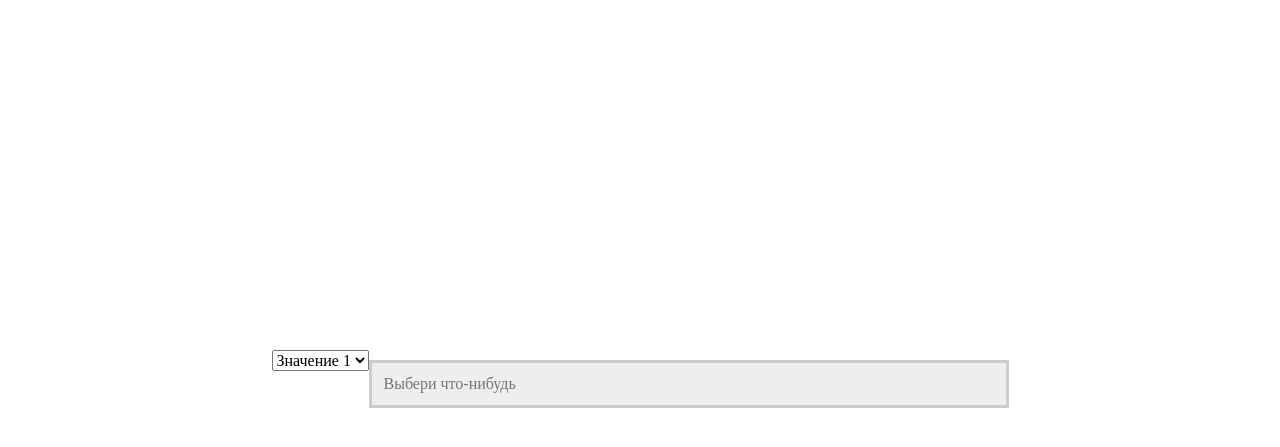
Repository: spihex/stage2-custom-dropdown
Page: index.html
An editor plug-in stored every save of this project. The page is shown before and after the next save, followed by the edit.
The browser window is 1280 px wide. The pictures show the whole page.

Above is the page before, as saved 2021-02-08 12:51:41.

### index.html
<!DOCTYPE html>
<html lang="ru">

    <head>
        <meta charset="UTF-8">
        <meta name="viewport" content="width=device-width, initial-scale=1.0">
        <title>stage 2 custom dropdown with filter</title>
        <link rel="stylesheet" href="./css/normalize.min.css">
        <link rel="stylesheet" href="./css/main.css">
    </head>

    <body>
        <select name="select" class="">
            <option value="value1">Значение 1</option>
            <option value="value2">Значение 2</option>
            <option value="value3">Значение 3</option>
        </select>
        <div class="dropdown">


            <input class="dropdown__input" type="text" value="" placeholder="Выбери что-нибудь">

            <ul class="dropdown__list">
                <li class="dropdown__item">Massachusetts</li>
                <li class="dropdown__item">Michigan</li>
                <li class="dropdown__item">New Hampshire</li>
                <li class="dropdown__item">New Jersey</li>
                <li class="dropdown__item">Wisconsin</li>
                <li class="dropdown__item">Wyoming</li>
            </ul>
        </div>

        <script src="./js/main.js"></script>
    </body>

</html>

### css/normalize.min.css
/*! normalize.css v8.0.1 */html{line-height:1.15;-webkit-text-size-adjust:100%}body{margin:0}main{display:block}h1{font-size:2em;margin:.67em 0}hr{box-sizing:content-box;height:0;overflow:visible}pre{font-family:monospace,monospace;font-size:1em}a{background-color:transparent}abbr[title]{border-bottom:none;text-decoration:underline;-webkit-text-decoration:underline dotted;text-decoration:underline dotted}b,strong{font-weight:bolder}code,kbd,samp{font-family:monospace,monospace;font-size:1em}small{font-size:80%}sub,sup{font-size:75%;line-height:0;position:relative;vertical-align:baseline}sub{bottom:-.25em}sup{top:-.5em}img{border-style:none}button,input,optgroup,select,textarea{font-family:inherit;font-size:100%;line-height:1.15;margin:0}button,input{overflow:visible}button,select{text-transform:none}[type=button],[type=reset],[type=submit],button{-webkit-appearance:button}[type=button]::-moz-focus-inner,[type=reset]::-moz-focus-inner,[type=submit]::-moz-focus-inner,button::-moz-focus-inner{border-style:none;padding:0}[type=button]:-moz-focusring,[type=reset]:-moz-focusring,[type=submit]:-moz-focusring,button:-moz-focusring{outline:1px dotted ButtonText}fieldset{padding:.35em .75em .625em}legend{box-sizing:border-box;color:inherit;display:table;max-width:100%;padding:0;white-space:normal}progress{vertical-align:baseline}textarea{overflow:auto}[type=checkbox],[type=radio]{box-sizing:border-box;padding:0}[type=number]::-webkit-inner-spin-button,[type=number]::-webkit-outer-spin-button{height:auto}[type=search]{-webkit-appearance:textfield;outline-offset:-2px}[type=search]::-webkit-search-decoration{-webkit-appearance:none}::-webkit-file-upload-button{-webkit-appearance:button;font:inherit}details{display:block}summary{display:list-item}template{display:none}[hidden]{display:none}*,*:after,*:before{box-sizing:border-box}img{max-width:100%}

### css/main.css
body {
    display: flex;
    align-items: center;
    justify-content: center;
    height: 100vh;
}

input {
    outline: 0;
}

.dropdown {
    position: relative;
    width: 50%;
}

.dropdown__input {
    position: absolute;
    top: 0;
    left: 0;
    width: 100%;
    padding: 12px;
    background-color: #eee;
    border: 3px solid #ccc;
    cursor: pointer;
}

.dropdown__input:hover {
    background-color: #eee;
}

.dropdown__list {
    position: absolute;
    top: 0;
    left: 0;
    width: 100%;
    list-style: none;
    margin: 46px 0 0 0;
    padding: 0;
    overflow: hidden;
    max-height: 0;
}

.dropdown__list.open {
    max-height: 320px;
    border: 1px solid #ccc;
    overflow: auto;
}

.dropdown__item {
    position: relative;
    padding: 12px;
    display: flex;
    align-items: center;
    background-color: #eee;
    cursor: pointer;
    opacity: 1;
}

.dropdown__item:hover {
    background-color: #ddd;
}

.dropdown__item.closed {
    max-height: 0;
    overflow: hidden;
    padding: 0;
    opacity: 0;
}

### js/main.js
const dropdownInputField = document.querySelector('.dropdown__input');
const dropdownList = document.querySelector('.dropdown__list');
const dropdownListItems = document.querySelectorAll('.dropdown__item');

let previousValue;

let dropdownListItemsValues = [];
dropdownListItems.forEach(item => {
    dropdownListItemsValues.push(item.textContent);
});


dropdownInputField.addEventListener('input', () => {
    dropdownList.classList.add('open');
    let inputValue = dropdownInputField.value.toLowerCase();
    if (inputValue.length > 0) {
        for (let j = 0; j < dropdownListItemsValues.length; j++) {
            if (!(inputValue.substring(0, inputValue.length) === dropdownListItemsValues[j].substring(0, inputValue.length).toLowerCase())) {
                dropdownListItems[j].classList.add('closed');
            } else {
                dropdownListItems[j].classList.remove('closed');
            }
        }
    } else {
        for (let i = 0; i < dropdownListItems.length; i++) {
            dropdownListItems[i].classList.remove('closed');
        }
    }
});

dropdownListItems.forEach(item => {
    item.addEventListener('mousedown', (e) => {
        if (e.button === 0) {
            previousValue = item.textContent;
            dropdownInputField.value = item.textContent;

            dropdownListItems.forEach(dropdownList => {
                dropdownList.classList.add('closed');
            });
        }
    });
})

dropdownInputField.addEventListener('focus', () => {
    dropdownInputField.placeholder = 'Напиши что-нибудь';
    dropdownList.classList.add('open');
    dropdownListItems.forEach(dropdownList => {
        dropdownList.classList.remove('closed');
    });
});

dropdownInputField.addEventListener('blur', () => {

    dropdownInputField.placeholder = 'Выбери что-нибудь';
    dropdownList.classList.remove('open');

    let currentValueMatches = dropdownListItemsValues.filter(function (item) {
        return item.toLowerCase() == dropdownInputField.value.toLowerCase();
    });

    if (currentValueMatches.length < 1) {
        dropdownInputField.value = '';

    }
    if (previousValue)
        dropdownInputField.value = previousValue;

});

document.addEventListener('click', (e) => {
    const isDropdown = dropdownList.contains(e.target);
    const isInput = dropdownInputField.contains(e.target);
    if (!isDropdown && !isInput) {
        dropdownList.classList.remove('open');
    }
});

After the next save:
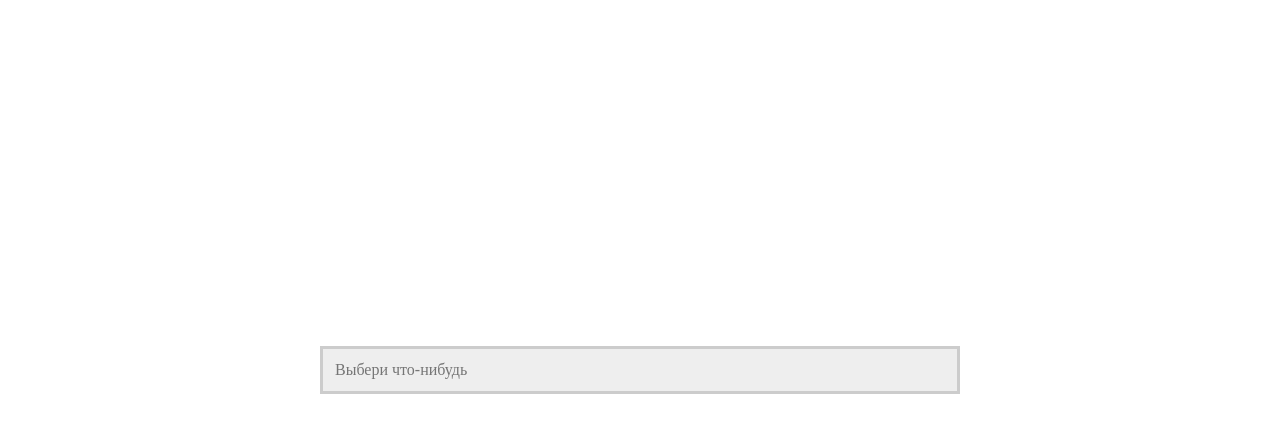
Saved 9 min 37 s later.
--- a/index.html
+++ b/index.html
@@ -10,16 +10,15 @@
     </head>
 
     <body>
-        <select name="select" class="">
-            <option value="value1">Значение 1</option>
-            <option value="value2">Значение 2</option>
-            <option value="value3">Значение 3</option>
-        </select>
+
         <div class="dropdown">
+            <div class="dropdown__input-container">
+                <input class="dropdown__input" type="text" value="" placeholder="Выбери что-нибудь">
 
-
-            <input class="dropdown__input" type="text" value="" placeholder="Выбери что-нибудь">
-
+                <svg class="dropwodn__input-icon" width="24" height="24" xmlns="http://www.w3.org/2000/svg" fill-rule="evenodd" clip-rule="evenodd">
+                    <path d="M12 0c6.623 0 12 5.377 12 12s-5.377 12-12 12-12-5.377-12-12 5.377-12 12-12zm0 1c6.071 0 11 4.929 11 11s-4.929 11-11 11-11-4.929-11-11 4.929-11 11-11zm5.247 8l-5.247 6.44-5.263-6.44-.737.678 6 7.322 6-7.335-.753-.665z" />
+                </svg>
+            </div>
             <ul class="dropdown__list">
                 <li class="dropdown__item">Massachusetts</li>
                 <li class="dropdown__item">Michigan</li>
